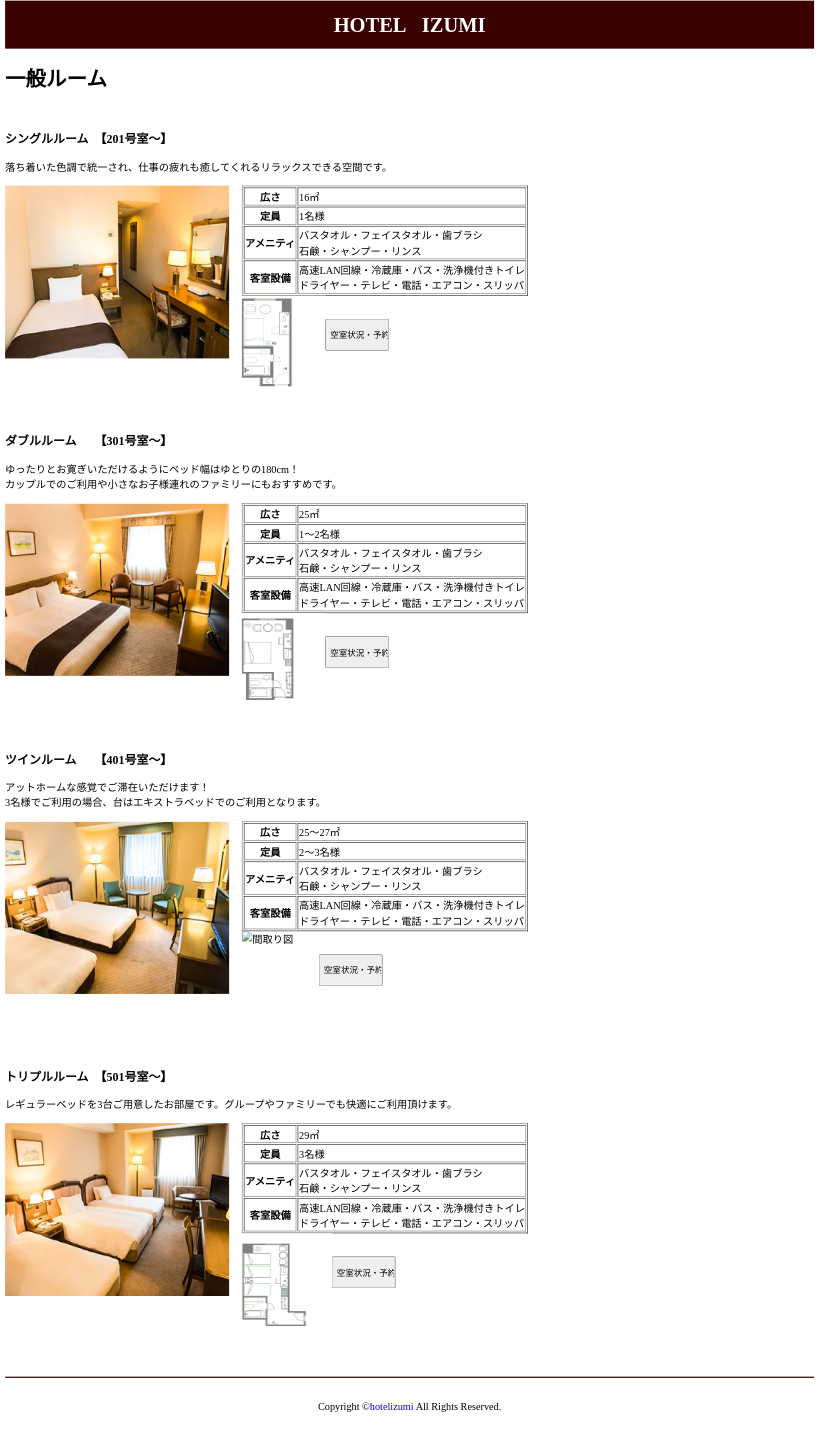
Repository: sep-dev/hotel_site
Page: http://localhost/HOTEL_IZUMI/general
An editor plug-in stored every save of this project. The page is shown before and after the next save, followed by the edit.
The browser window is 1280 px wide. The pictures show the whole page, at 64% of full size.
The page is served by Tomcat 9. Other server files are loaded and not shown.

Above is the page before, as saved 2016-05-25 02:14:48.
Not found: HOTEL_IZUMI/HOTEL_IZUMI/resources/pictureph/06_shw1.png

### HOTEL_IZUMI/src/main/webapp/WEB-INF/views/general.jsp
<!DOCTYPE html>
<%@ page language="java" contentType="text/html; charset=UTF-8" pageEncoding="UTF-8"%>
<%@ taglib prefix="form" uri="http://www.springframework.org/tags/form" %>
<!--  http://www.aspen-hotel.co.jp/room/ を参考   -->
<html>
  <head>
    <meta http-equiv="Content-Type" content="text/html; charset=Shift_JIS">
    <title>客室のご案内</title>
    <style type="text/css">
      div.example img {
        margin: 0px 20px 0px 0px;
      }
    </style>
    <style type="text/css"><%@include file="../css/style.css" %></style>
  </head>
  <body>
   <form>
    <div id="header">
      <div id="header h1"><h1><a HREF="http://localhost:8080/Izumi/top" STYLE="text-decoration:none"><font color="#FFFFFF">HOTEL&nbsp;&nbsp;&nbsp;IZUMI</font></a></h1></div>
    </div>


      <h1>一般ルーム</h1><br>
      <h3>シングルルーム　【201号室～】</h3>
      落ち着いた色調で統一され、仕事の疲れも癒してくれるリラックスできる空間です。<br><br>
      <div class="example">
        <img src="./resources/picture/ph01.jpg" alt="サンプル図" width="350" height="270"  align="left" >
      </div>
      <table border="1" >
        <tr>
          <th>広さ</th>
          <td>16㎡</td>
        </tr>
        <tr>
          <th>定員</th>
          <td>1名様</td>
        </tr>
        <tr>
          <th rowspan="2">アメニティ</th>
          <td rowspan="2">バスタオル・フェイスタオル・歯ブラシ<br>石鹸・シャンプー・リンス</td>
        </tr>
        <tr>
        </tr>
        <tr>
          <th rowspan="2">客室設備</th>
          <td rowspan="2">高速LAN回線・冷蔵庫・バス・洗浄機付きトイレ<br>ドライヤー・テレビ・電話・エアコン・スリッパ</td>
        </tr>
        <tr>
        </tr>
      </table>

      <img src="./resources/picture/ph01_shw1.png" alt="間取り図" width="130" height="146" align="left" ><br><br>

      <input type="button" value="空室状況・予約" style="width:100px; height:50px" onClick=location.href=""><br><br><br><br><br><br><br>

      <h3>ダブルルーム　　【301号室～】</h3>
      ゆったりとお寛ぎいただけるようにベッド幅はゆとりの180cm！<br>カップルでのご利用や小さなお子様連れのファミリーにもおすすめです。<br><br>
      <div class="example">
        <img src="./resources/picture/ph04.jpg" alt="サンプル図" width="350" height="270"  align="left" >
      </div>
      <table border="1" >
        <tr>
          <th>広さ</th>
          <td>25㎡</td>
        </tr>
        <tr>
          <th>定員</th>
          <td>1～2名様</td>
        </tr>
        <tr>
          <th rowspan="2">アメニティ</th>
          <td rowspan="2">バスタオル・フェイスタオル・歯ブラシ<br>石鹸・シャンプー・リンス</td>
        </tr>
        <tr>
        </tr>
        <tr>
          <th rowspan="2">客室設備</th>
          <td rowspan="2">高速LAN回線・冷蔵庫・バス・洗浄機付きトイレ<br>ドライヤー・テレビ・電話・エアコン・スリッパ</td>
        </tr>
         <tr>
         </tr>
       </table>

       <img src="./resources/picture/ph04_shw1.png" alt="間取り図" width="130" height="146" align="left" ><br><br>

       <input type="button" value="空室状況・予約" style="width:100px; height:50px" onClick=location.href="file:///C:/Users/urawakikosuke/Desktop/hotel/calender.html"><br><br><br><br><br><br><br>

       <h3>ツインルーム　　【401号室～】</h3>
       アットホームな感覚でご滞在いただけます！<br>3名様でご利用の場合、台はエキストラベッドでのご利用となります。<br><br>

       <div class="example">
         <img src="./resources/picture/ph06.jpg" alt="サンプル図" width="350" height="270"  align="left" >
       </div>
       <table border="1" >
         <tr>
           <th>広さ</th>
           <td>25～27㎡</td>
         </tr>
         <tr>
           <th>定員</th>
           <td>2～3名様</td>
         </tr>
         <tr>
            <th rowspan="2">アメニティ</th>
            <td rowspan="2">バスタオル・フェイスタオル・歯ブラシ<br>石鹸・シャンプー・リンス</td>
          </tr>
          <tr>
          </tr>
          <tr>
            <th rowspan="2">客室設備</th>
            <td rowspan="2">高速LAN回線・冷蔵庫・バス・洗浄機付きトイレ<br>ドライヤー・テレビ・電話・エアコン・スリッパ</td>
           </tr>
           <tr>
         </tr>
       </table>

        <img src="./resources/pictureph/06_shw1.png" alt="間取り図" width="120" height="146" align="left" >
        <br><br>

        <input type="button" value="空室状況・予約" style="width:100px; height:50px" onClick=location.href="file:///C:/Users/urawakikosuke/Desktop/hotel/calender.html"><br><br><br><br><br><br><br>

        <h3>トリプルルーム　【501号室～】</h3>
        レギュラーベッドを3台ご用意したお部屋です。グループやファミリーでも快適にご利用頂けます。<br><br>
        <div class="example">
          <img src="./resources/picture/ph07.jpg" alt="サンプル図" width="350" height="270"  align="left" >
        </div>
        <table border="1" >
          <tr>
            <th>広さ</th>
            <td>29㎡</td>
          </tr>
          <tr>
            <th>定員</th>
            <td>3名様</td>
          </tr>
          <tr>
            <th rowspan="2">アメニティ</th>
            <td rowspan="2">バスタオル・フェイスタオル・歯ブラシ<br>石鹸・シャンプー・リンス</td>
          </tr>
          <tr>
          </tr>
          <tr>
            <th rowspan="2">客室設備</th>
            <td rowspan="2">高速LAN回線・冷蔵庫・バス・洗浄機付きトイレ<br>ドライヤー・テレビ・電話・エアコン・スリッパ</td>
          </tr>
          <tr>
          </tr>
        </table>

        <img src="./resources/picture/ph07_shw1.png" alt="間取り図" width="140" height="146" align="left" ><br><br>

        <input type="button" value="空室状況・予約" style="width:100px; height:50px" onClick=location.href="file:///C:/Users/urawakikosuke/Desktop/hotel/calender.html"><br><br><br><br><br><br><br>


        <div id="footer">
          <p id="copyright">Copyright &copy;<a href="http://hotelizumi.com">hotelizumi</a> All Rights Reserved.</p>
        </div>
    </form>
  </body>
</html>

### HOTEL_IZUMI/src/main/webapp/WEB-INF/views/common/header.jsp
<%@ taglib uri="http://java.sun.com/jsp/jstl/core" prefix="c" %>
<%@ taglib prefix="form" uri="http://www.springframework.org/tags/form"%>
<%@page language="java" contentType="text/html; charset=UTF-8" pageEncoding="UTF-8"%>
<%@ page contentType="text/html; charset=UTF-8"%>

### HOTEL_IZUMI/src/main/webapp/WEB-INF/css/style.css
html{
    margin: 0;
    margin-top:-20px;
    padding: 0;
    width:100%;
    height:100%;
}
.top{
	display:block;
	margin-left:auto;
	margin-right:auto;
}

#contents {
    top : 0px;
    padding : 10px;
    margin : 10px;
    text-align : center;
}

#contents img{
    padding-bottom:10px;
}

#contents button {
    font-size: 1.4em;
    font-weight: bold;
    padding: 10px 30px;
    background-color: #200;
    color: #ffffff;
    border-style: none;
}

#table{
    border:0;
    background-color:#CCCCCC;
    font-size:24px;
    color:#666666;
    width:200px;
}

#table3{
    border:0;
    background-color:#CCCCCC;
    font-size:24px;
    color:#666666;
    width:200px;
}

/*--------calender----------*/
#Sunday{
    text-align:center;
    width:200;
    height:40;
    background-color:#C7D8ED;
    color:#FF3300;
    padding:15px;
}
#MonFri{
    text-align:center;
    width:200;
    background-color:#C7D8ED;
    color:#666666;
    padding:15px;
}
#Saturday{
    text-align:center;
    width:200;
    background-color:#C7D8ED;
    color:#666666;
    padding:15px;
}
#Saturday2{
    text-align:center;
    width:200;
    background-color:#A6C0E1;
    color:#666666;
}
#Sunday2{
    text-align:center;
    height:40;
    background-color:#FFCC99;
    color:#666666;
}
#Weekday{
    text-align:center;
    background-color:#FFFFFF;
    color:#666666;
    width:200;
}
#publicholiday{
    text-align:center;
    background-color:#FF3300;
    color:#FFFFFF;
}
#table2 tr td{
    border:0;
    font-size:24px;
    color:#666666;
    width:400px;
}
#float{
    float:left;
}
/* --------------------------------------*/

#header {
    top: 0px;
    left: 0px;
    height: 75px;
    margin-right: auto;
    margin-left: auto;
    text-align : center;
    background-color : #3A0101;

}
#header h1{
    padding-top: 20px;
    font-family: 'Times New Roman', Times, serif;
 	color:#ffffff;
}


#top{
    font-size: 200%;
}

#oneset{
	padding-top: 10px;
	padding-bottom: 10px;

	border-width: thick;
	border-color: #999AAA;
	border-style: ridge;
}
#name
{
    text-align: center;
	font-size: 150%;
    font-family: 'Segoe UI', Tahoma, Geneva, Verdana, sans-serif;
    font-weight: bold;
    background-color: #999AAA;
    font-family: 'Times New Roman', Times, serif;

}
#message{
	color: #000000;
    padding-left: 300px;
	font-size: 150%;

	text-align: left; margin-left: 100px; margin-right: 0px; width: 1000px;
}


/*---------入力フォーム----------*/

#reservation{

    padding-top: 20px;
    margin-bottom:50px;
    font-family: 'Times New Roman', Times, serif;
 	color:#000000;
}

#form{
    margin-top:30px

}


button.button2 {
    float:right;
    font-size: 1.4em;
    font-weight: bold;
    padding: 30px 20px;
    background-color: #3A0101;
    color: #ffffff;
    border-style: none;
    font-family: 'Times New Roman', Times, serif;
    box-shadow:4px 4px #555;
}

/*
footer ------------------------------------------------------*/

#footer {
    margin-top:30px;
    border-top:2px solid #3A1010;
    padding-top:20px;
    padding-bottom:20px;
}

#footer p{
    text-align:center;
}
#footer p a{
    text-decoration: none;
}
#footborder hr{
    border-color:#3A1010;
    border-width:1px;
}

After the next save:
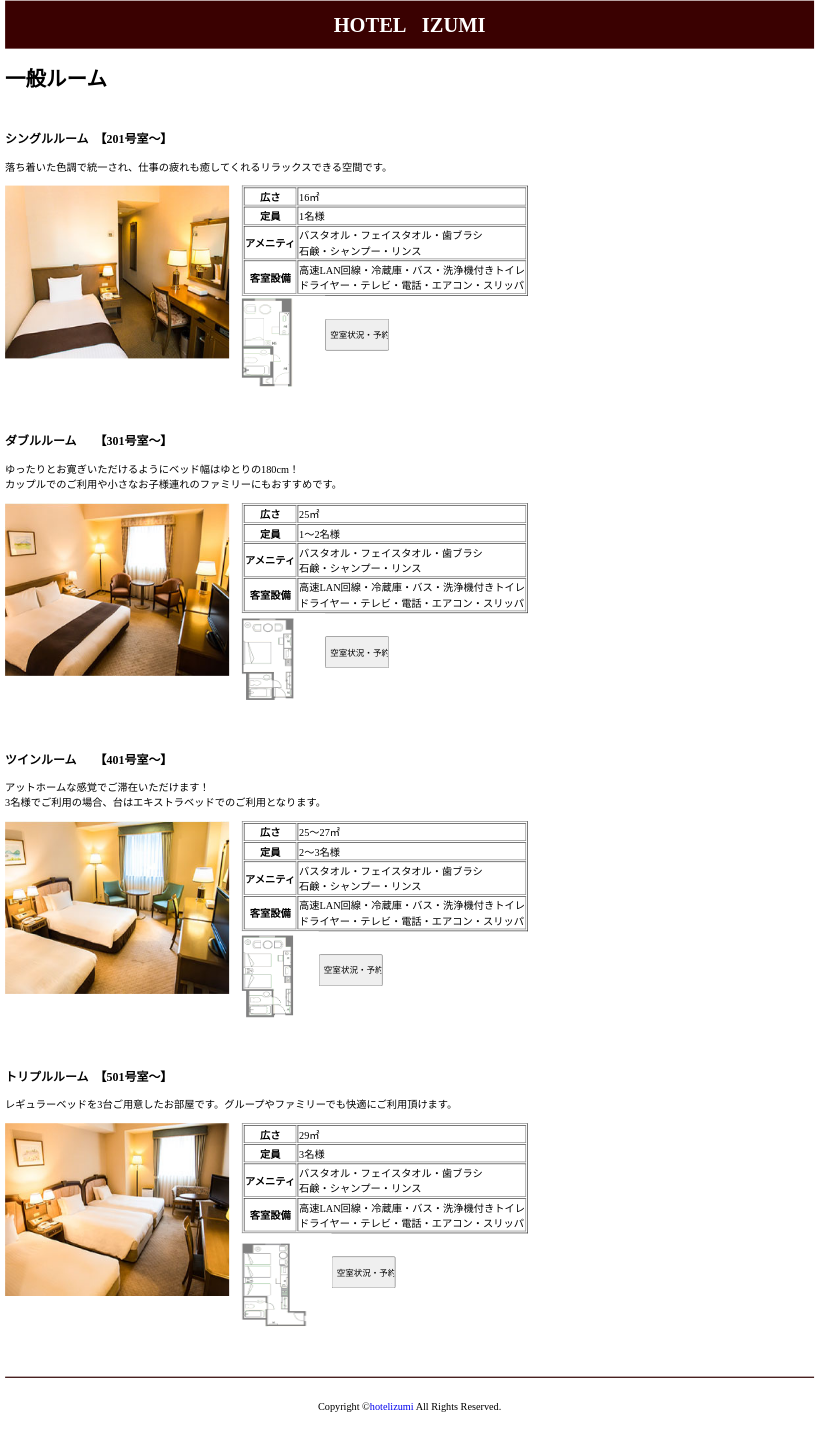
Saved 53 s later.
--- a/HOTEL_IZUMI/src/main/webapp/WEB-INF/views/general.jsp
+++ b/HOTEL_IZUMI/src/main/webapp/WEB-INF/views/general.jsp
@@ -114,7 +114,7 @@
          </tr>
        </table>
 
-        <img src="./resources/pictureph/06_shw1.png" alt="間取り図" width="120" height="146" align="left" >
+        <img src="./resources/picture/ph06_shw1.png" alt="間取り図" width="120" height="146" align="left" >
         <br><br>
 
         <input type="button" value="空室状況・予約" style="width:100px; height:50px" onClick=location.href="file:///C:/Users/urawakikosuke/Desktop/hotel/calender.html"><br><br><br><br><br><br><br>
